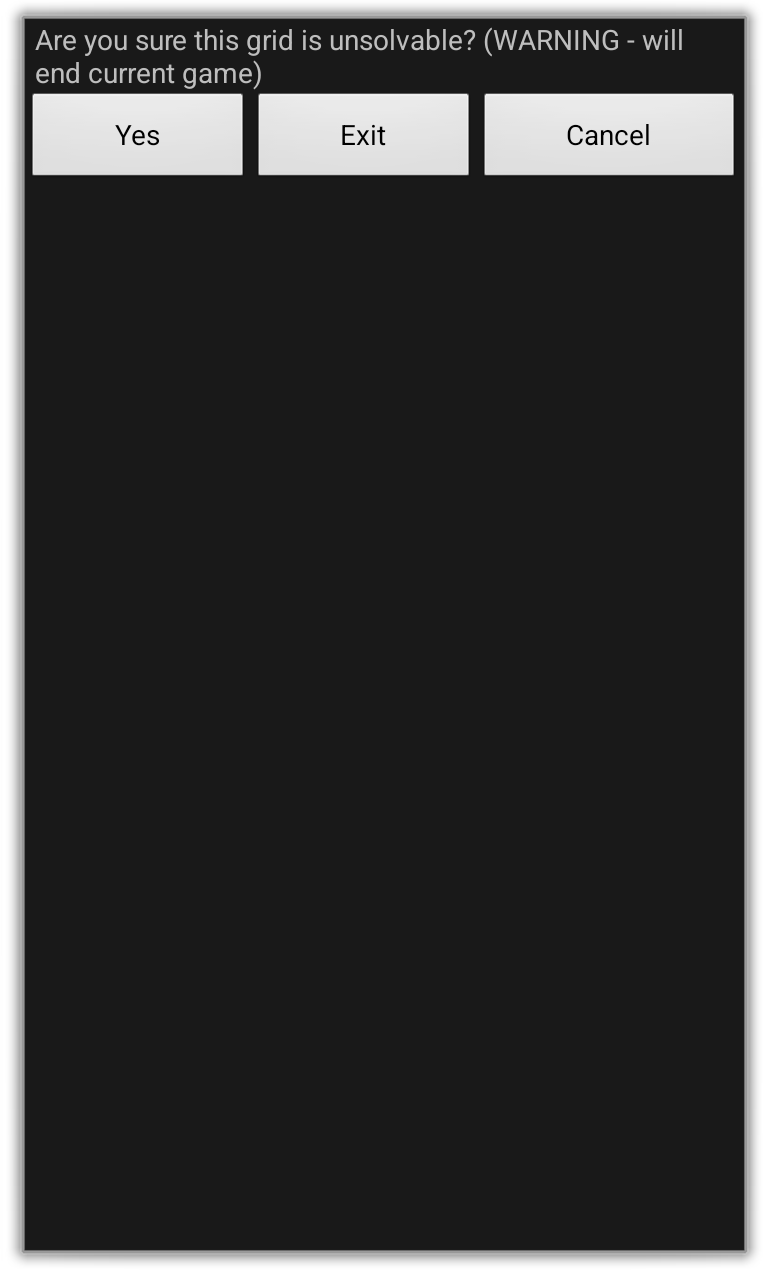
Repository: rickydalziel/project
Layout: Numbersorter/res/layout/activity_unsolve_dialog.xml
These files come from the project's save history. The layout is drawn as it stood at one moment and after the next save; the edit follows.
It is drawn on a 768 x 1280 px phone screen (xhdpi) without system bars, with theme android:Theme.Dialog; the app's code is not run.

Above is the layout before, as saved 2013-03-07 14:20:24.

After the next save:
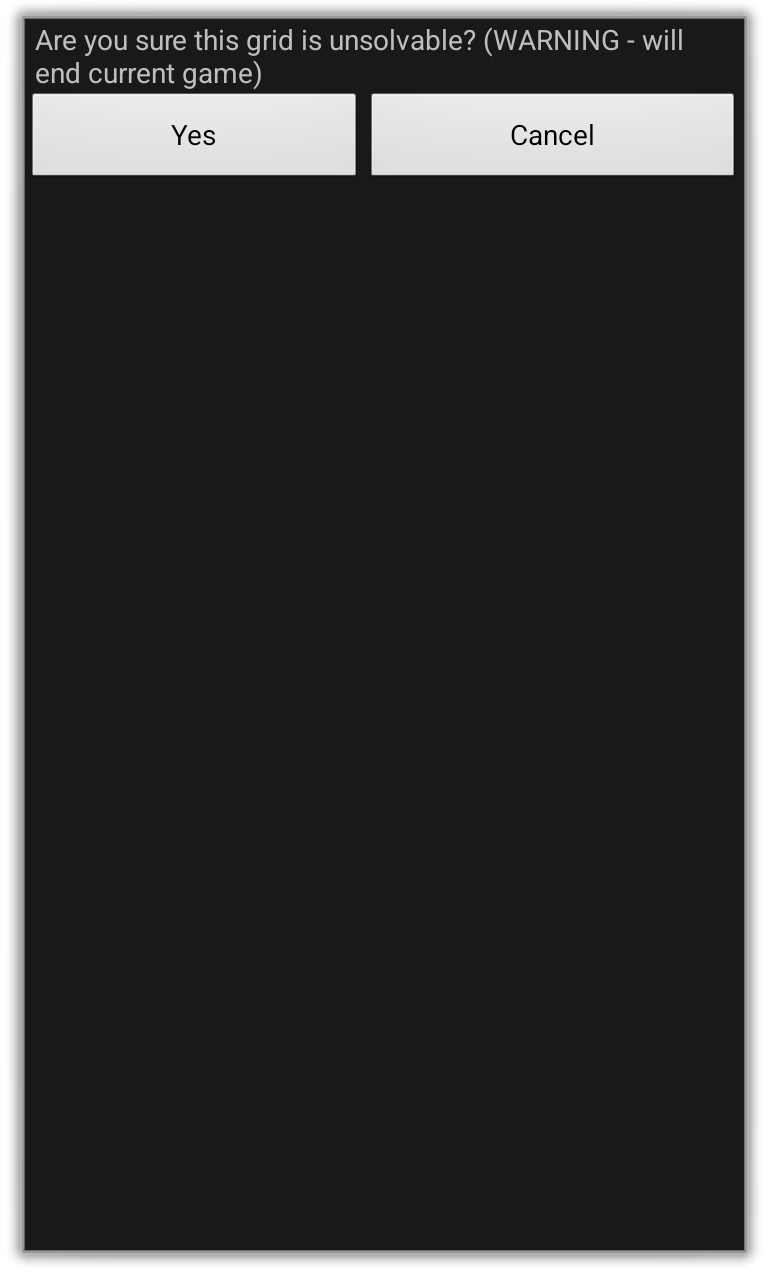
Saved 4 min 58 s later.
--- a/Numbersorter/res/layout/activity_unsolve_dialog.xml
+++ b/Numbersorter/res/layout/activity_unsolve_dialog.xml
@@ -32,13 +32,6 @@
 	           android:text="@string/yes"
 	           android:onClick="yesPressed"/>
 
-	          <Button
-	           android:id="@+id/unsolve_exit_button"
-	           android:layout_width="wrap_content"
-	           android:layout_height="wrap_content"
-	           android:text="@string/exit_game"
-	           android:onClick="exitPressed"/>
-
   			 <Button
 	           android:id="@+id/unsolve_cancel_button"
 	           android:layout_width="wrap_content"
